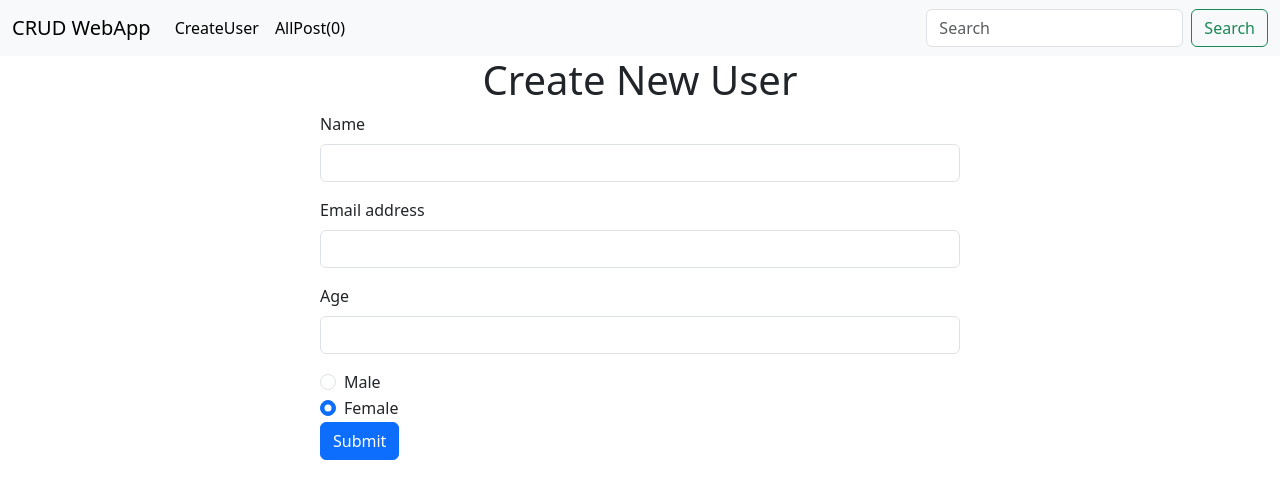
Repository: suraj-yadav7/createpost-redux
Page: /
The author's editor kept a copy of each file at every save. The page is drawn from the files as they stood at one save, then again after the next save.
The browser window is 1280 px wide. The pictures show the whole page.
The project was rebuilt for these pictures with package versions that can differ from the ones it lists, and the page was loaded fresh each time. Also part of the build but not shown: vite.config.js, src/App.css, src/assets/viewuser.css, src/components/ViewUser.jsx, src/components/UpdateUser.jsx, src/components/Read.jsx, src/index.css.

Above is the page before, as saved 2023-05-22 11:01:19.

After the next save:
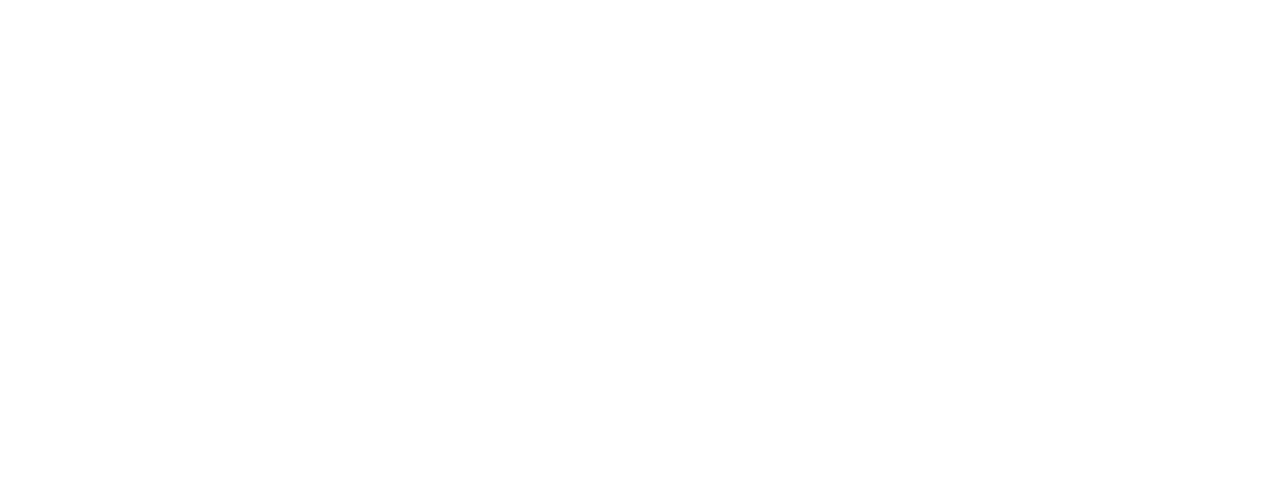
Console error (its wording comes from the project's code and is left out).
Saved 4 min 21 s later.
--- a/src/components/Navbar.jsx
+++ b/src/components/Navbar.jsx
@@ -1,9 +1,13 @@
-import React from 'react'
+import React, { useEffect, useState } from 'react'
 import { useSelector } from 'react-redux'
 import { Link } from 'react-router-dom'
 
 const Navbar = () => {
-  const allusers = useSelector((state)=>state.users.user)
+  const [len, setLen] = useState()
+  useEffect(()=>{
+    const allusers = useSelector((state)=>state.users.user)
+    setLen(allusers.length())
+  },[])
   return (
     <>
       <nav className="navbar navbar-expand-lg bg-body-tertiary">
@@ -18,7 +22,7 @@
                 <Link to="/" className="nav-link active" aria-current="page" >CreateUser</Link>
               </li>
               <li className="nav-item">
-                <Link to="/read" className="nav-link active" >AllPost({allusers.length})</Link>
+                <Link to="/read" className="nav-link active" >AllPost({len})</Link>
               </li>
             </ul>
             <form className="d-flex" role="search">

After the 2 saves that followed:
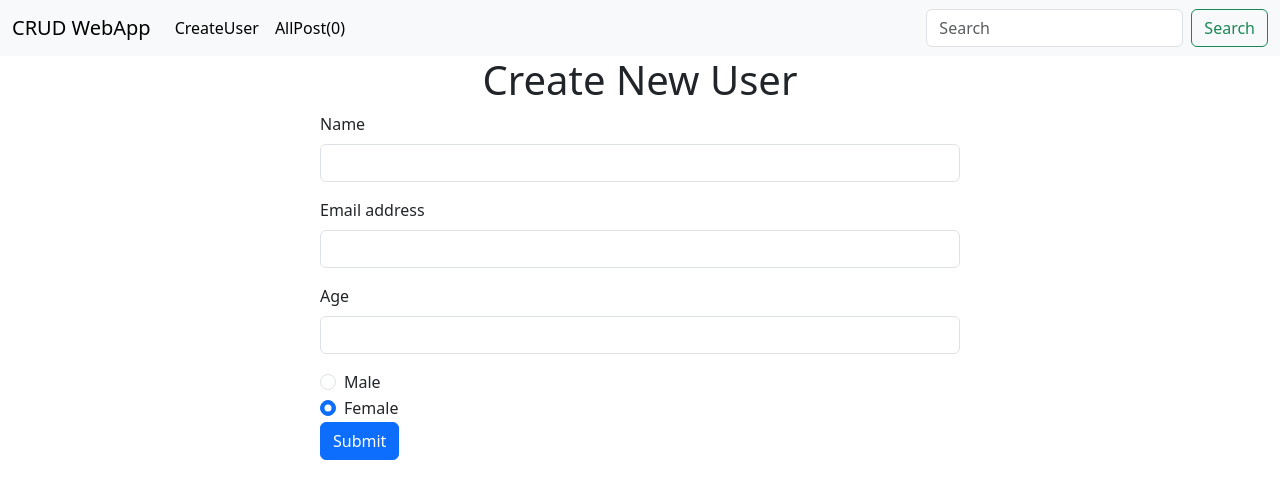
The error is gone.
The 2 saves are shown as one change because 1 left the picture as it was.
The last was saved 20 s later.
--- a/src/components/Navbar.jsx
+++ b/src/components/Navbar.jsx
@@ -4,9 +4,9 @@
 
 const Navbar = () => {
   const [len, setLen] = useState()
+  const allusers = useSelector((state)=>state.users.user)
   useEffect(()=>{
-    const allusers = useSelector((state)=>state.users.user)
-    setLen(allusers.length())
+    setLen(allusers.length)
   },[])
   return (
     <>
